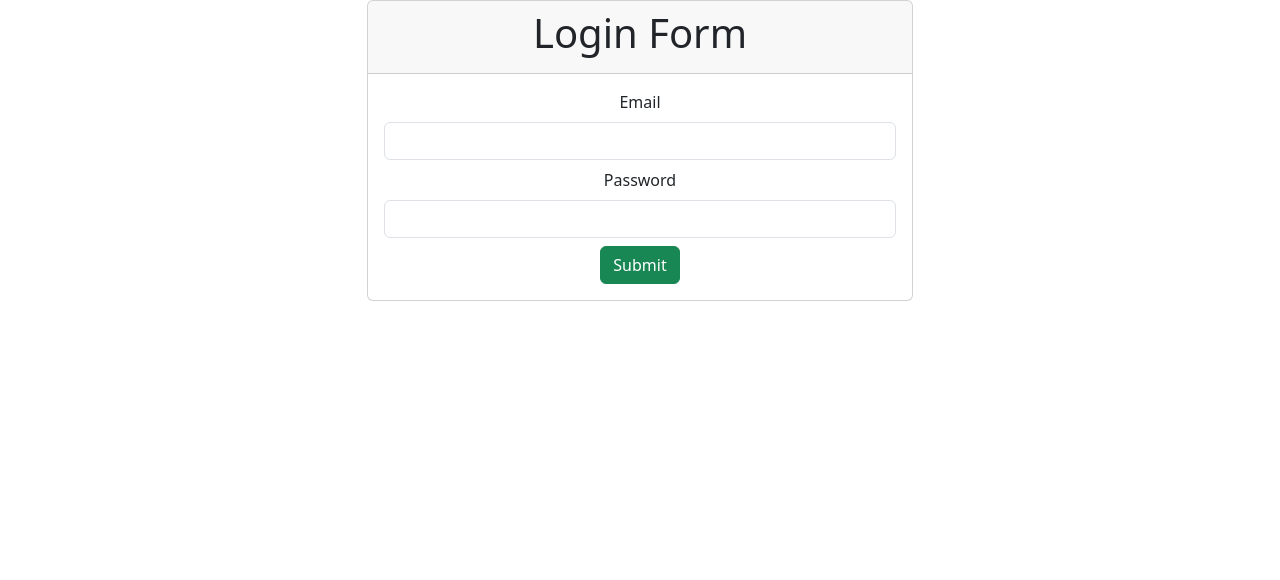
Repository: Laxman-Nath/java-internship
Page: http://localhost/Demo/login.jsp
These files come from the project's save history. The page is drawn as it stood at one moment and after the next save; the edit follows.
The browser window is 1280 px wide. The pictures show the whole page.
The page is served by Tomcat 9. Other server files are loaded and not shown.

Above is the page before, as saved 2024-09-01 10:20:40.

### Servlet_JSP/Demo/src/main/webapp/login.jsp
<%@ page language="java" contentType="text/html; charset=UTF-8"
	pageEncoding="UTF-8"%>
<!DOCTYPE html>
<html>
<head>
<meta charset="UTF-8">
<title>Login Form</title>
<link
	href="https://cdn.jsdelivr.net/npm/bootstrap@5.3.3/dist/css/bootstrap.min.css"
	rel="stylesheet"
	integrity="sha384-QWTKZyjpPEjISv5WaRU9OFeRpok6YctnYmDr5pNlyT2bRjXh0JMhjY6hW+ALEwIH"
	crossorigin="anonymous">
</head>
<body>
	<div class="container">
	<div class="row">
	<div class="col-md-6 offset-md-3">
	<div class="card">
	<div class="card-header"><h1 class="text-center">Login Form</h1></div>
	<div class="card-body" class="">
	  <form action="" method="" class="text-center">
	   <div class="mb-2">
	   <label class="form-label">Email</label>
	   <input type="email" required class="form-control">
	   </div>
	   <div class="mb-2">
	   <label class="form-label">Password</label>
	   <input type="password" required class="form-control">
	   </div>
	   <button class="btn btn-success" type="submit">Submit</button>
	  </form>
	</div>
	</div>
	</div>
	</div>
	</div>

</body>
<script
	src="https://cdn.jsdelivr.net/npm/bootstrap@5.3.3/dist/js/bootstrap.bundle.min.js"
	integrity="sha384-YvpcrYf0tY3lHB60NNkmXc5s9fDVZLESaAA55NDzOxhy9GkcIdslK1eN7N6jIeHz"
</html>

After the next save:
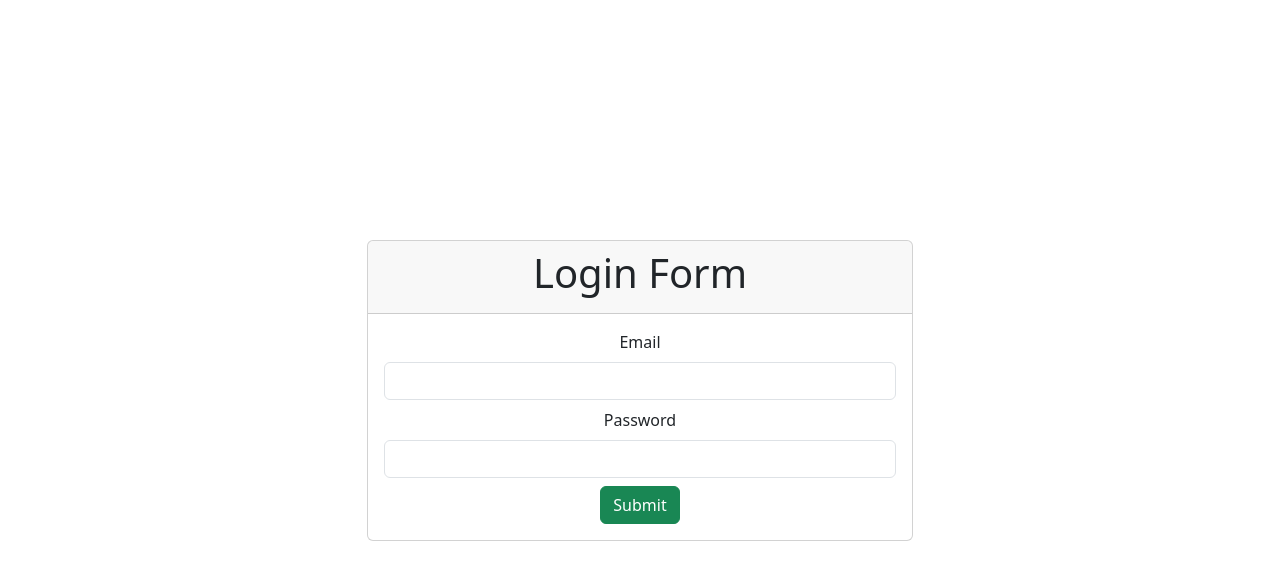
Saved 16 s later.
--- a/Servlet_JSP/Demo/src/main/webapp/login.jsp
+++ b/Servlet_JSP/Demo/src/main/webapp/login.jsp
@@ -12,7 +12,7 @@
 	crossorigin="anonymous">
 </head>
 <body>
-	<div class="container">
+	<div class="container" style="margin-top:240px;">
 	<div class="row">
 	<div class="col-md-6 offset-md-3">
 	<div class="card">
